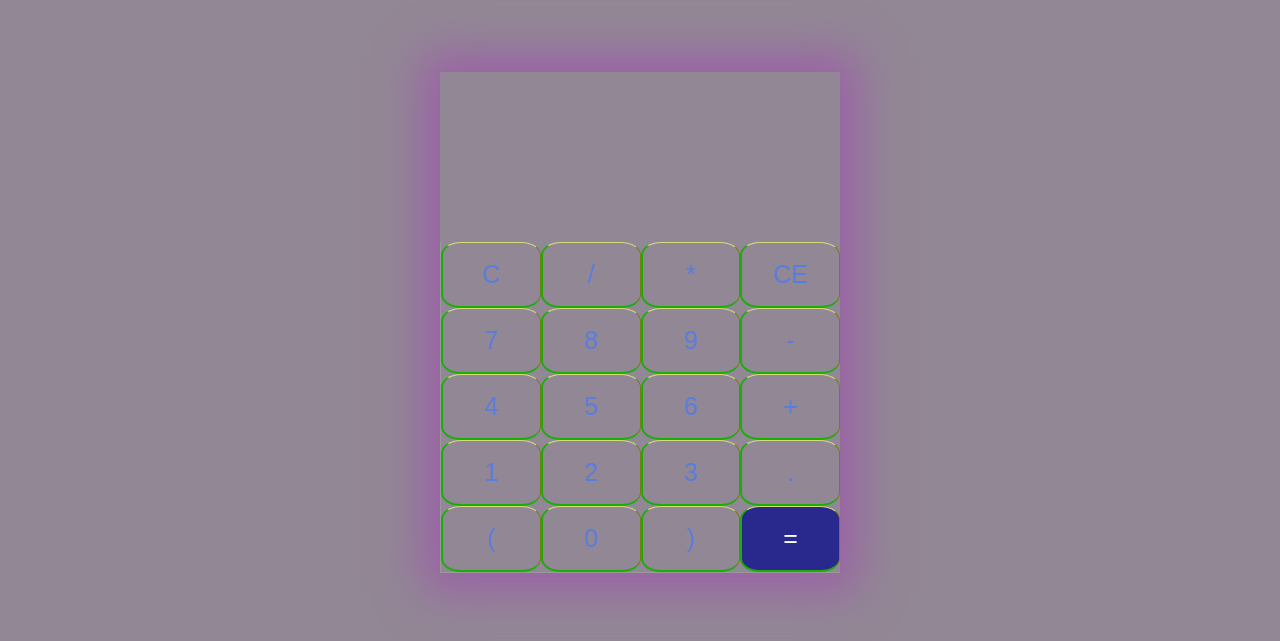
Repository: LuisMiLR/Calculatrice-with-JS---HTML---CSS-
Page: index.html
These files come from the project's save history. The page is drawn as it stood at one moment and after the next save; the edit follows.
The browser window is 1280 px wide. The pictures show the whole page.

Above is the page before, as saved 2023-03-20 21:29:30.

After the next save:
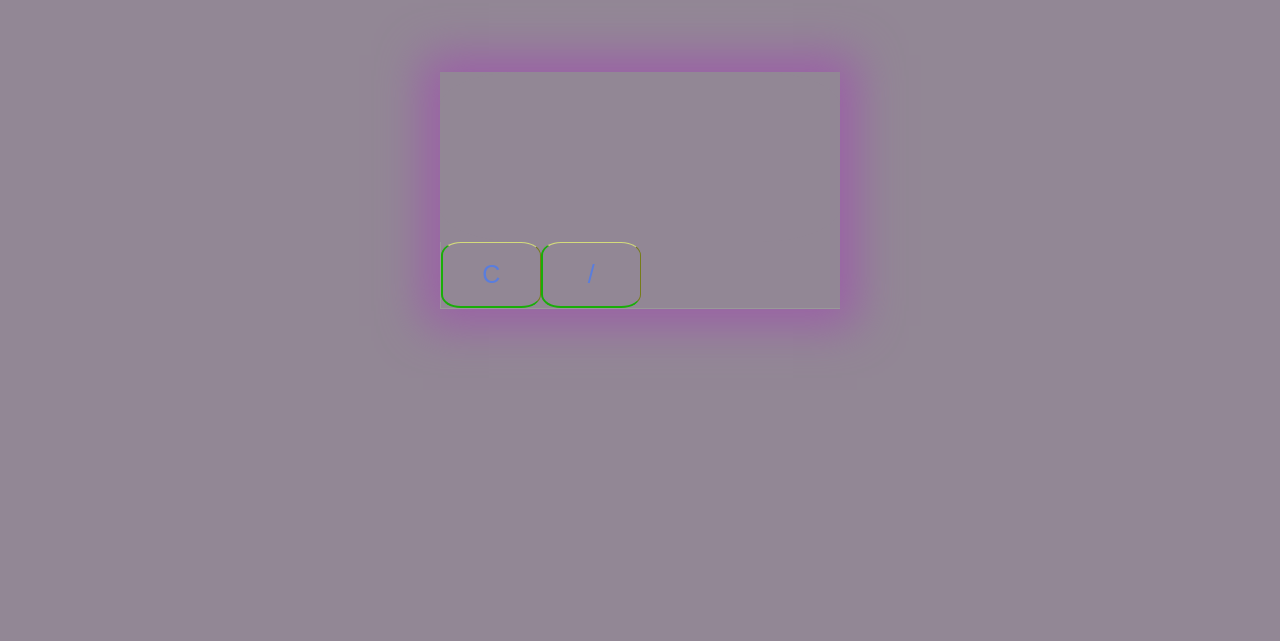
Console error: ReferenceError: bouton2 is not defined
Saved 9 s later.
--- a/app.js
+++ b/app.js
@@ -22,7 +22,7 @@ buttons.appendChild(button1);
 const button2 = document.createElement('div');
 button2.className = "bouton2";
 button2.textContent = "*";
-buttons.appendChild(button2);
+buttons.appendChild(bouton2);
 
 const button3 = document.createElement('div');
 button3.className = "bouton3";
